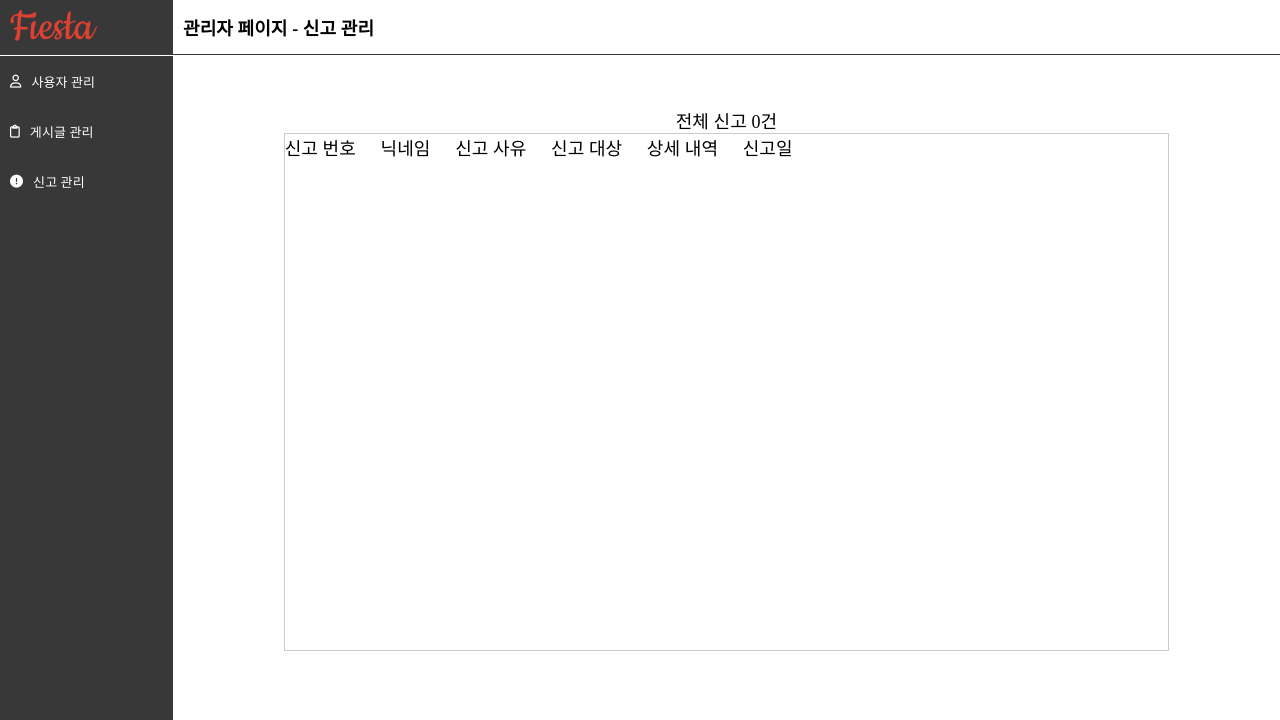
Repository: SNSFiestaTeam/Fiesta
Page: Fiesta/src/main/webapp/html/management/management-report.html
The author's editor kept a copy of each file at every save. The page is drawn from the files as they stood at one save, then again after the next save.
The browser window is 1280 px wide. The pictures show the whole page.
Some web fonts or font styles are not loaded; a fallback is used. Some web libraries are served in a nearby version.

Above is the page before, as saved 2022-12-06 12:21:46.

### Fiesta/src/main/webapp/html/management/management-report.html
<!DOCTYPE html>
<html lang="en">
<head>
  <meta charset="UTF-8">
  <meta http-equiv="X-UA-Compatible" content="IE=edge">
  <meta name="viewport" content="width=device-width, initial-scale=1.0">
  <link rel="stylesheet" href="../../resources/css/common-style.css">
  <link rel="stylesheet" href="../../resources/css/management/management.css">
  <script
      src="https://kit.fontawesome.com/591746f9e8.js"
      crossorigin="anonymous"
    ></script>
  <title>관리자페이지</title>
</head>
<body>
  <sidebar class="sidebar">
    <span class="title">Fiesta</span>
    <a href="#" class="bar-item button"><i class="fa-regular fa-user"></i> 사용자 관리</a>
    <a href="#" class="bar-item button"><i class="fa-regular fa-clipboard"></i>게시글 관리</a>
    <a href="#" class="bar-item button"><i class="fa-solid fa-circle-exclamation"></i>신고 관리</a>
  </sidebar>

  <main class ="management-container">

    <div class="management-title">
      <h1>관리자 페이지 - 신고 관리</h1>
    </div>

    <div class="management-content">
      <span>전체 신고 0건</span>
      <section class="report-container">
        <div class="row">
          <span>신고 번호</span>
          <span>닉네임</span>
          <span>신고 사유</span>
          <span>신고 대상</span>
          <span>상세 내역</span>
          <span>신고일</span>
        </div>
      </section>
    </div>

  </main>


  <script src="/resources/js/management/management.js"></script>
</body>
</html>

### Fiesta/src/main/webapp/resources/css/common-style.css
@import url('https://fonts.googleapis.com/css2?family=Noto+Sans+KR:wght@100;300;400;500;700;900&display=swap');
@import url('https://fonts.googleapis.com/css2?family=Chewy&display=swap');
@import url('https://fonts.googleapis.com/css2?family=Leckerli+One&display=swap');
@import url('https://fonts.googleapis.com/css2?family=Cookie&display=swap');
@import './root-style.css';
@import url('https://fonts.googleapis.com/css2?family=Nanum+Gothic:wght@400;700;800&display=swap');
@import url('https://fonts.googleapis.com/css2?family=IBM+Plex+Sans+KR:wght@100;200;300;400;500&display=swap');

@font-face {
  font-family: 'NanumSquareNeo-Variable';
  src: url('https://cdn.jsdelivr.net/gh/projectnoonnu/noonfonts_11-01@1.0/NanumSquareNeo-Variable.woff2') format('woff2');
  font-weight: normal;
  font-style: normal;
}

@font-face {
  font-family: 'NanumBarunGothic';
  font-style: normal;
  font-weight: 400;
  src: url('//cdn.jsdelivr.net/font-nanumlight/1.0/NanumBarunGothicWeb.eot');
  src: url('//cdn.jsdelivr.net/font-nanumlight/1.0/NanumBarunGothicWeb.eot?#iefix') format('embedded-opentype'), url('//cdn.jsdelivr.net/font-nanumlight/1.0/NanumBarunGothicWeb.woff') format('woff'), url('//cdn.jsdelivr.net/font-nanumlight/1.0/NanumBarunGothicWeb.ttf') format('truetype');
 }

 @font-face {
  font-family: 'S-CoreDream-3Light';
  src: url('https://cdn.jsdelivr.net/gh/projectnoonnu/noonfonts_six@1.2/S-CoreDream-3Light.woff') format('woff');
  font-weight: normal;
  font-style: normal;
}

@font-face {
  font-family: 'SUIT-Regular';
  src: url('https://cdn.jsdelivr.net/gh/projectnoonnu/noonfonts_suit@1.0/SUIT-Regular.woff2') format('woff2');
  font-weight: normal;
  font-style: normal;
}
/* 전체 적용 스타일 */
* {
  margin: 0;
  padding: 0;
  box-sizing: border-box;
  list-style: none;
  /* font-family: 'Noto Sans KR', sans-serif; */
  /* font-family: 'Nanum Gothic', sans-serif; */
  /* font-family: 'IBM Plex Sans KR', sans-serif; */
  font-family: 'NanumSquareNeo-Variable';
  /* font-family: 'NanumBarunGothic'; */
  /* font-family: 'SUIT-Regular'; */
  letter-spacing: 0.1px;
}

a {
  text-decoration: none;
  color: black;
}

body {
  width: vw;
  font-size: 18px;
}

button {
  border: none;
  background-color: white;
}

footer {
  width: 100%;
  height: 134px;
  color: gray;
  font-size: var(--small-font-size);
  padding-bottom: 40px;

  display: flex;
  flex-direction: column;
  justify-content: space-around;
  align-items: center;
}

footer a {
  color: gray;
}

header {
  width: 100%;
  height: 60px;
  border-bottom: 1px solid #ccc;

  position: sticky;
  top: 0;
  background-color: white;

  display: flex;
  justify-content: center;
  z-index: 2;
}

header > section {
  width: 1000px;
  padding: 0 20px;

  display: flex;
  justify-content: space-between;
  align-items: center;
}

.logo-section a {
  font-family: 'Cookie', cursive;
  /* font-family: 'Chewy', cursive; */
  color: #dd4132;
  font-size: 50px;
  width: 120px;
  height: auto;
}

#logo {
  width: 120px;
  height: auto;
}

.search-section {
  width: 50%;

  display: flex;
  justify-content: center;
}

.search-section fieldset {
  height: 36px;
  width: 90%;
  background-color: --main-font-color;
  border: none;
  border-radius: 5px;

  display: flex;
  justify-content: center;
  align-items: center;
}

.search-section fieldset input {
  width: 200px;
}

#searchX {
  display: flex;
  justify-content: center;
  align-items: center;

  border-radius: 50%;

  display: none;
}

#searchX > i {
  background-color: #ccc;
  display: block;
  width: 15px;
  height: 15px;
  border-radius: 50%;
  font-size: 10px;

  display: flex;
  justify-content: center;
  align-items: center;
  color: white;
}

.search-section fieldset:focus-within > #search-glass {
  display: none;
}

.search-section fieldset:focus-within > #searchX {
  display: inline;
}

.search-section fieldset > input {
  height: 25px;
  border: none;
  outline: none;
  font-size: var(--madium-font-size);

  flex-basis: 80%;
}

.search-section fieldset > button {
  height: 25px;
  margin-right: 10px;
  font-size: 16px;
  color: var(--main-font-color);

  flex-basis: 10%;
}

nav {
  min-width: 300px;
}

nav > ul {
  font-size: var(--large-icon-size);

  display: flex;
  justify-content: space-between;
}

nav li {
  margin-left: 10px;
  flex-shrink: 0;

  text-align: center;
}

nav li > button {
  width: 100%;
  height: 100%;
  font-size: var(--large-icon-size);
}

nav li > button:active {
  color: var(--main-font-color);
}

nav li > a:active {
  color: var(--main-font-color);
}

nav i {
  flex-shrink: 0;
}

#searchBtn {
  display: none;
}

.toggle-search-section {
  display: none;
}

@media screen and (min-width: 1024px) {
  /* Desktop */
}

@media screen and (min-width: 471px) and (max-width: 1023px) {
  /* Tablet */
}

@media screen and (max-width: 780px) {
  .search-section > form {
    display: none;
  }

  #searchBtn {
    display: inline;
  }

  .toggle-search-section {
    width: 100vw;
    height: 80px;

    position: sticky;
    top: 60px;

    display: flex;
    justify-content: center;
    align-items: center;
    z-index: 40;
    display: none;
  }

  .toggle-search-section fieldset {
    height: 38px;
    width: 100%;
    background-color: #ffffff90;
    border: 1px solid #8e8e8e;
    border-radius: 5px;
    padding-left: 10px;

    display: flex;
    justify-content: center;
    align-items: center;
  }

  .toggle-search-section fieldset > input {
    height: 100%;
    width: 100%;
    border: none;
    outline: none;
    font-size: var(--madium-font-size);
    background-color: #ffffff00;

    flex-basis: 80%;
  }

  .toggle-search-section fieldset > button {
    height: 30px;
    margin-right: 10px;
    font-size: 16px;
    color: var(--fiesta-color);
    background-color: #ffffff00;

    flex-basis: 10%;
  }
}

@media screen and (max-width: 470px) {
  /* mobile */

  html {
    width: 100%;
  }

  body {
    width: vw;
  }

  footer {
    display: none;
  }

  #header-section {
    width: vw;
  }

  #newPost {
    width: 60px;
    height: 60px;
    border: 2px solid #8e8e8e;
    border-radius: 50%;
    background-color: white;
    display: flex;
    justify-content: center;
    align-items: center;

    font-size: 30px;

    position: fixed;
    bottom: 20px;
    right: 10px;
  }
}

#header-menu-toggle{
  display: none;
}

label[for='header-menu-toggle'] {
  cursor: pointer;
}

/* 체크박스 다음 div */
#toggle-menu{
  display: none;
}

/* 체크박스가 체크된 경우 다음 div */
#header-menu-toggle:checked + div{
  display: block;
}

.header-menu-parent{
  position: relative;
}

#toggle-menu{
  position: absolute;
  top: 30px;
  right: -10px;
  z-index: 500;
  width: 150px;
  height: 100px;
  background-color: white;
  box-shadow: 0px 0px 1px gray;
  border-radius: 6px;
}


#toggle-menu > a{
  display: flex;
  height: 50%;
  justify-content: center;
  align-items: center;
  font-size: 14px;
  font-weight: bold;
}

#toggle-menu > a:first-child{
  border-bottom: 1px solid #ccc;
}

### Fiesta/src/main/webapp/resources/css/management/management.css
@import '../root-style.css';

@font-face {
  font-family: 'NanumSquareNeo-Variable';
  src: url('https://cdn.jsdelivr.net/gh/projectnoonnu/noonfonts_11-01@1.0/NanumSquareNeo-Variable.woff2') format('woff2');
  font-weight: normal;
  font-style: normal;
}

* {
  font-family: 'NanumSquareNeo-Variable';
}

body {
  display: flex;
  width: 100%;
  height: 100vh;

  overflow-y: hidden;
}

/* 사이드 바 */
.sidebar{
  flex-grow: 0;
  width: 200px;
  height: 100%;
  background-color: rgb(56, 56, 56);
  color: white;

  display: flex;
  flex-direction: column;


  font-size: 13px;
}


.title {
  font-size: 50px;
  color: var(--fiesta-color);
  font-family: 'Cookie', cursive;
  border-bottom: 1px solid white;
  padding-left: 10px;
}

.button {
  color: white;
  width: 100%;
  height: 50px;

  display: flex;
  align-items: center;

  padding-left: 10px;
}

.button > *{
  margin-right: 10px;
}


.button:hover {
  background-color: white;
  color: rgb(56, 56, 56);
}

.management-container {
  width: 100%;
  height: 100%;

}

/* 관리자 페이지 타이틀 */
.management-title{
  display: flex;
  align-items: center;

  height: 55px;
  font-size: 9px;

  border-bottom: 1px solid rgb(56, 56, 56);
  padding-left: 10px

}

/* 관리자 페이지 내용 */
.management-content {
  height: 90%;

  display: flex;
  flex-direction: column;
  justify-content: center;
  align-items: center;

  overflow-y: scroll;
}

.report-container {
  border: 1px solid #ccc;

  width: 80%;
  height: 80%;
}

.row > span {
  margin-right: 20px;
}

### Fiesta/src/main/webapp/resources/js/management/management.js


function w3_open() {
  document.getElementById("mySidebar").style.display = "block";
}

function w3_close() {
  document.getElementById("mySidebar").style.display = "none";
}

### Fiesta/src/main/webapp/resources/css/root-style.css
/* 루트 함수
공동으로 사용할 스타일을 미리 지정해놓고 사용 가능
스타일 지정시 지정할 스타일: 루트 함수명 으로 사용 가능
--만 타이핑 하면 자동완성 리스트가 뜨고
선택하면 var()함수까지 자동완성됨 */
:root {
  --background-color: white;
  --main-font-color: #8e8e8e;
  --icon-button-color: #262626;
  --point-font-color: #0095f6;
  --mention-font-color: #00376b;
  --fiesta-color: #dd4132;
  --small-font-size: 12px;
  --main-font-size: 13px;
  --medium-font-size: 16px;
  --large-icon-size: 24px;
}

After the next save:
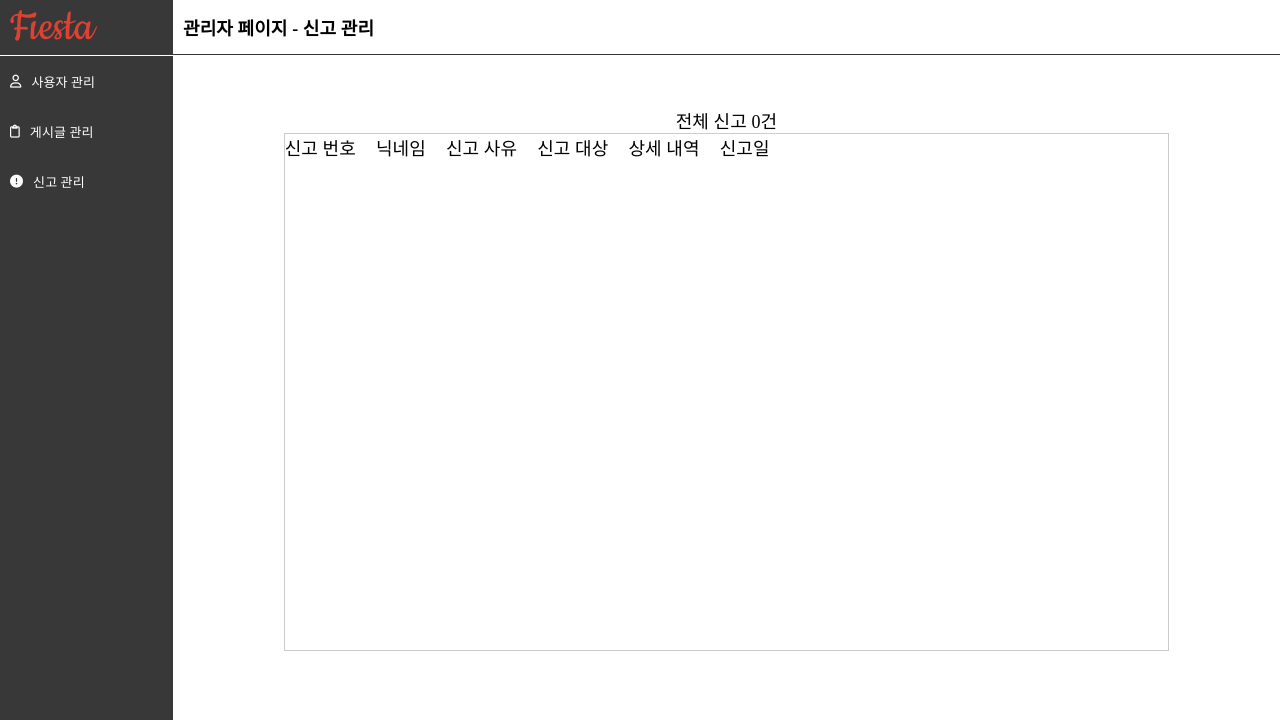
Saved 20 s later.
--- a/Fiesta/src/main/webapp/resources/css/management/management.css
+++ b/Fiesta/src/main/webapp/resources/css/management/management.css
@@ -102,6 +102,10 @@ body {
   height: 80%;
 }
 
+.row {
+  display: flex;
+}
+
 .row > span {
   margin-right: 20px;
 }
